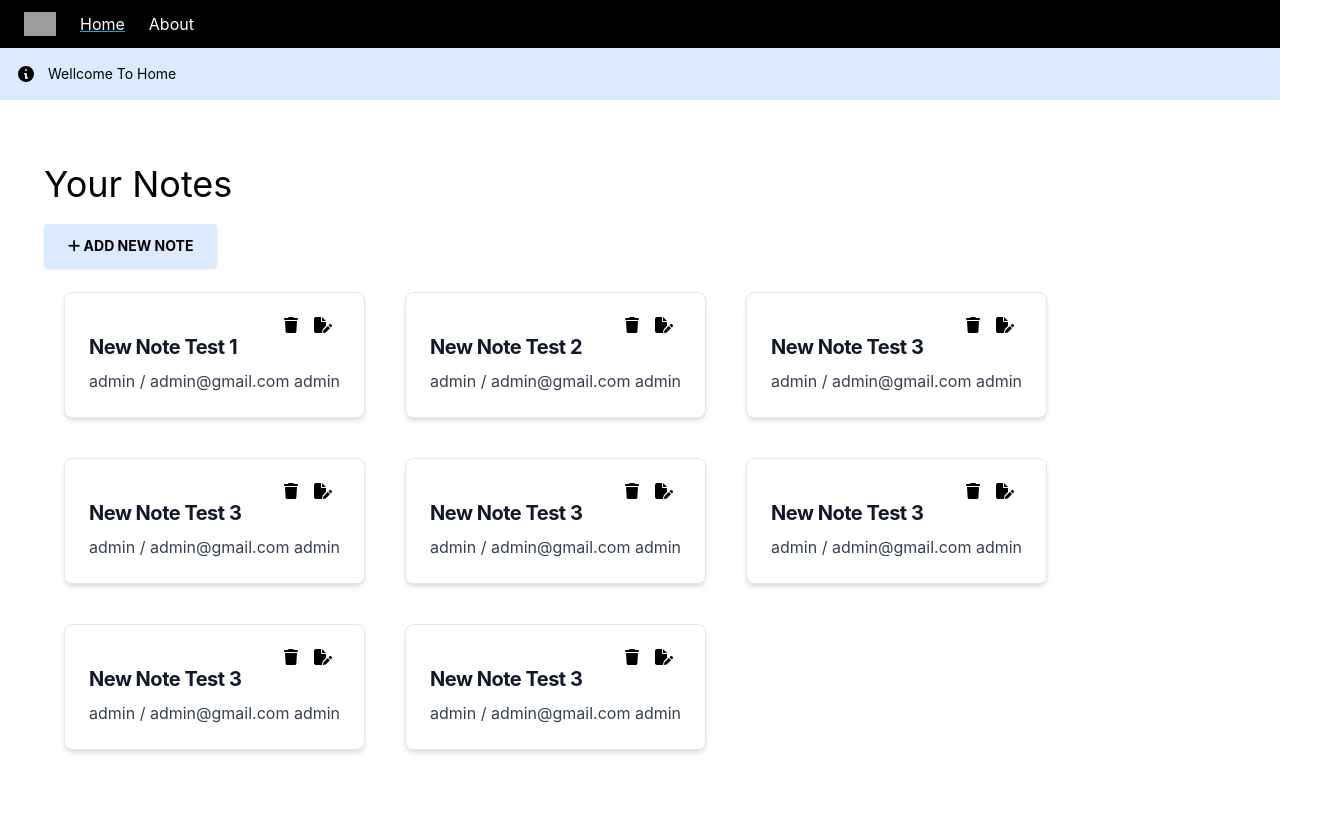
Repository: sonawaneteju4/iNote
Page: /
The author's editor kept a copy of each file at every save. The page is drawn from the files as they stood at one save, then again after a run of saves.
The browser window is 1280 px wide. The page is 1324 px wide, so the pictures cover 1324 px, including what lies to the right of the window. The pictures show the whole page.
Pictures or frames that could not be fetched are drawn as grey boxes. Some web libraries are served in a nearby version. The project was rebuilt for these pictures with package versions that can differ from the ones it lists, and the page was loaded fresh each time. Also part of the build but not shown: src/components/AddNote.js, src/components/About.js.

Above is the page before, as saved 2022-10-11 10:51:45.

After the next 3 saves:
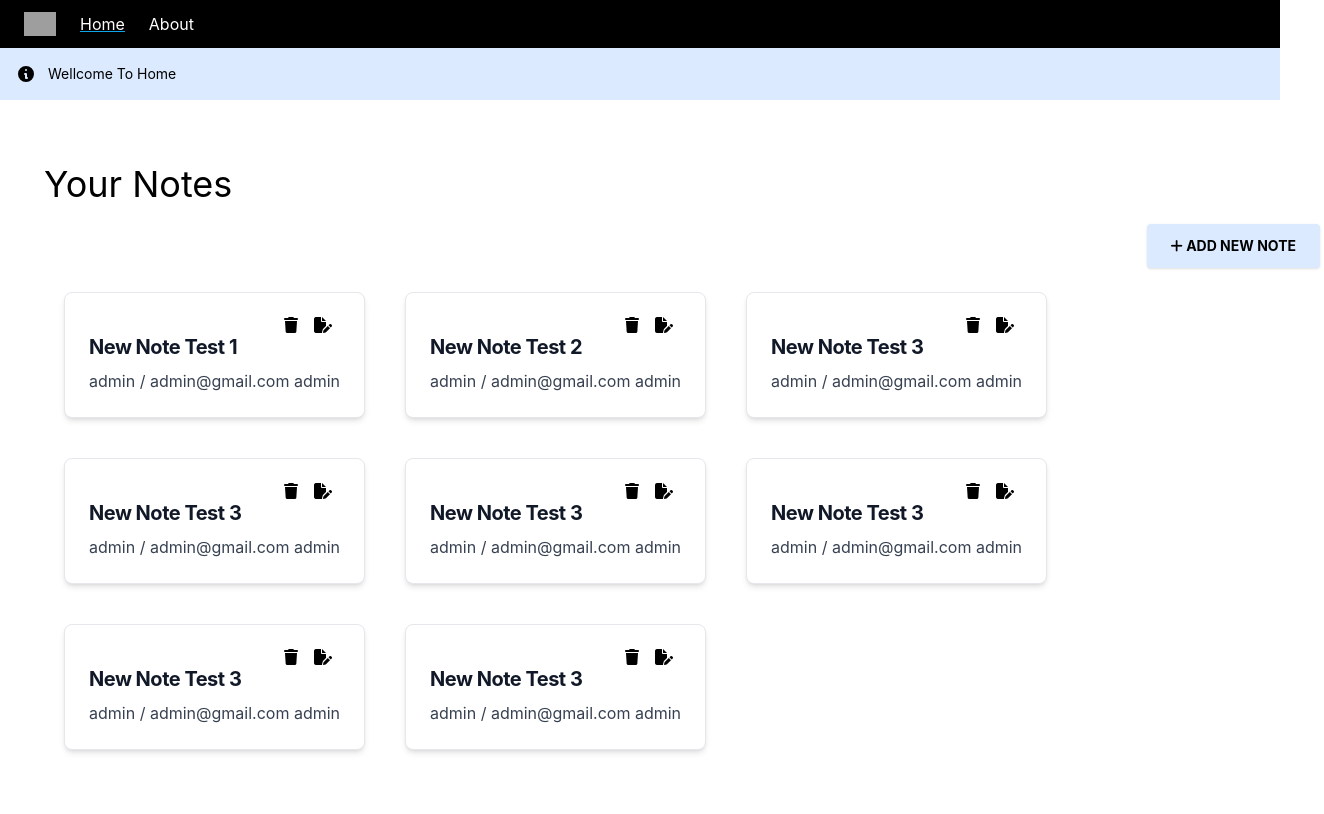
The 3 saves are shown as one change because they came seconds apart.
The last was saved 12 s later.
--- a/src/components/Notes.js
+++ b/src/components/Notes.js
@@ -11,7 +11,7 @@ const Notes = () => {
   return (
     <div>
       <h1 className='py-5 text-4xl'>Your Notes</h1>
-<div className='flex flex-row'>
+<div className='flex flex-row justify-end'>
 
       <button
         className="bg-blue-100 text-black active:bg-pink-600 font-bold uppercase text-sm px-6 py-3 rounded shadow hover:shadow-lg outline-none focus:outline-none mr-1 mb-1 ease-linear transition-all duration-150"
